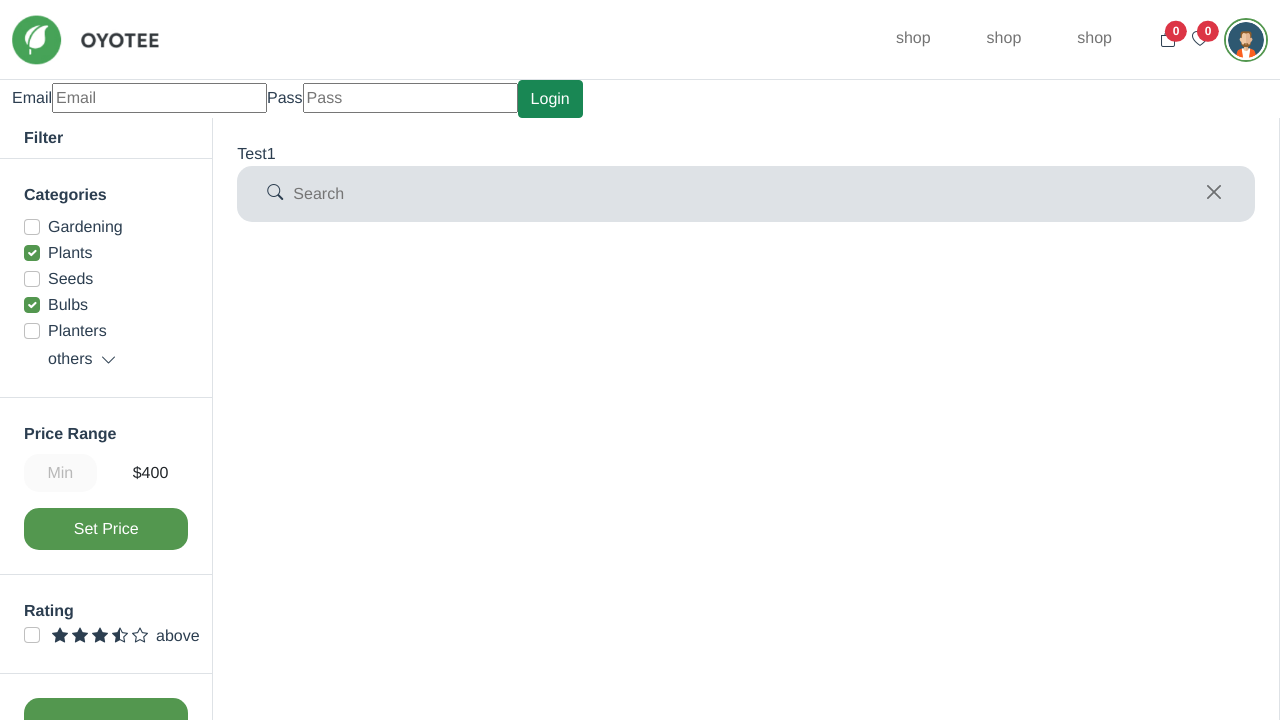
Repository: arpitaWebD/PlantShopping
Page: /
These files come from the project's save history. The page is drawn as it stood at one moment and after the next save; the edit follows.
The browser window is 1280 px wide. The pictures show the whole page.
Some web libraries are served in a nearby version. The project was rebuilt for these pictures with package versions that can differ from the ones it lists, and the page was loaded fresh each time. Also part of the build but not shown: src/components/Product.vue, src/components/ProductPreview.vue, src/views/AddToCart.vue, src/views/WishList.vue.

Above is the page before, as saved 2022-01-24 14:13:56.

After the next save:
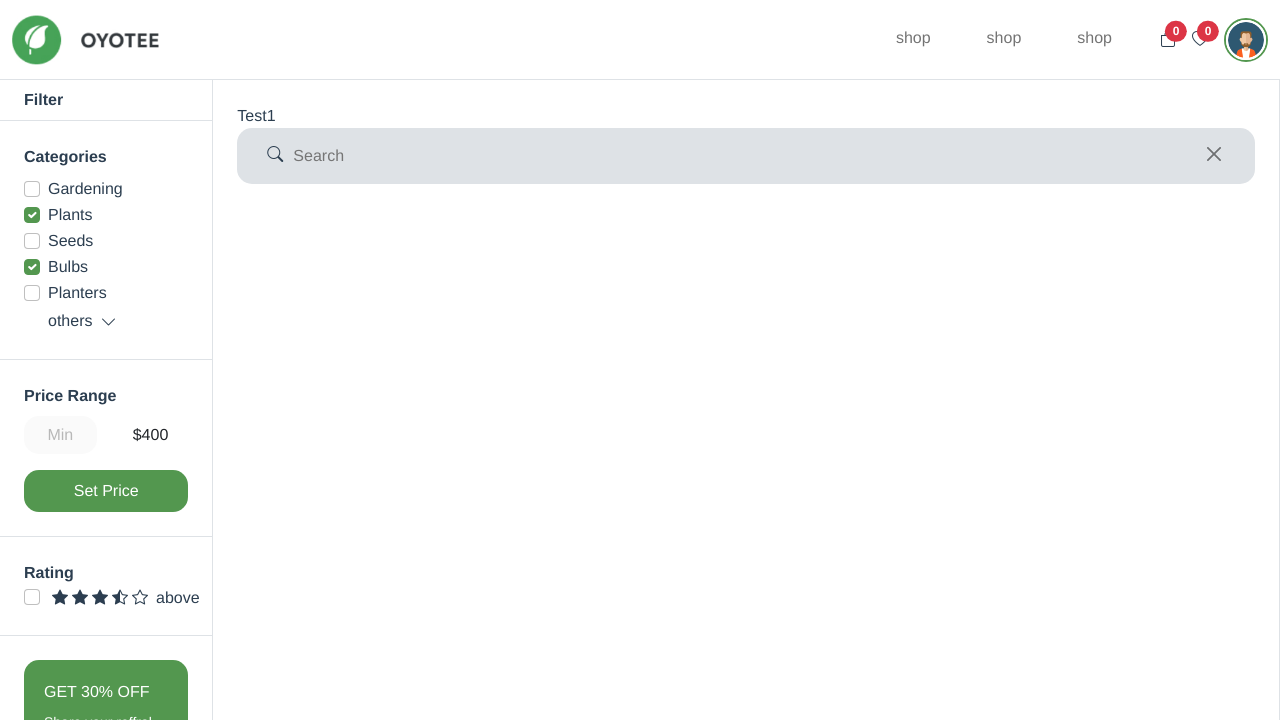
Saved 5 min 35 s later.
--- a/src/views/Home.vue
+++ b/src/views/Home.vue
@@ -1,6 +1,6 @@
 <template>
   <div class="addCart-card row p-0 m-0 flex-grow-1 main">
-    <Login />
+    <!-- <Login /> -->
     <LeftSidebar />
     <ProductView />
   </div>
